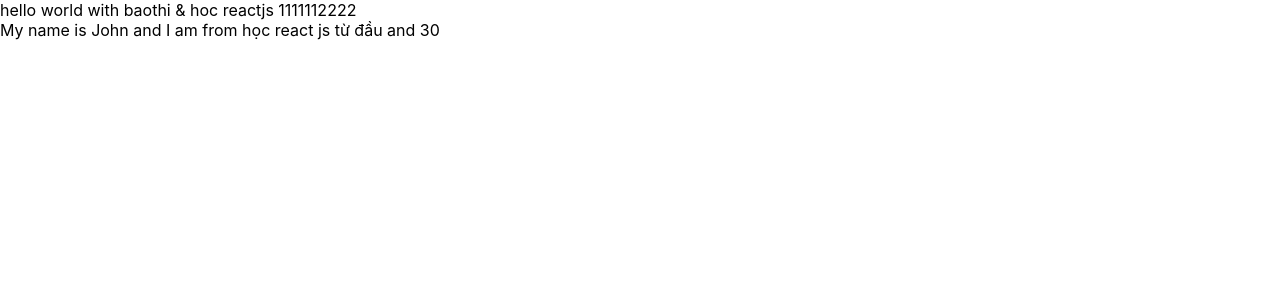
Repository: baothi/base-reactjs
Page: /
The author's editor kept a copy of each file at every save. The page is drawn from the files as they stood at one save, then again after the next save.
The browser window is 1280 px wide. The pictures show the whole page.
The project was rebuilt for these pictures with package versions that can differ from the ones it lists, and the page was loaded fresh each time. Also part of the build but not shown: src/App.css.

Above is the page before, as saved 2022-10-08 13:44:51.

After the next save:
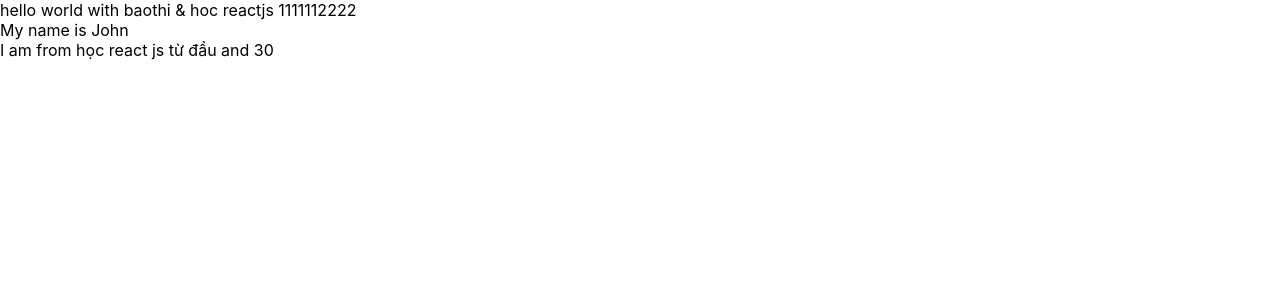
Saved 40 s later.
--- a/src/components/MyComponent.js
+++ b/src/components/MyComponent.js
@@ -12,7 +12,7 @@
     render() {
         return(
             <div>
-                My name is {this.state.name} and I am from {this.state.address} and {this.state.age}
+                My name is {this.state.name} <br /> I am from {this.state.address} and {this.state.age}
             </div>
         );
     }
